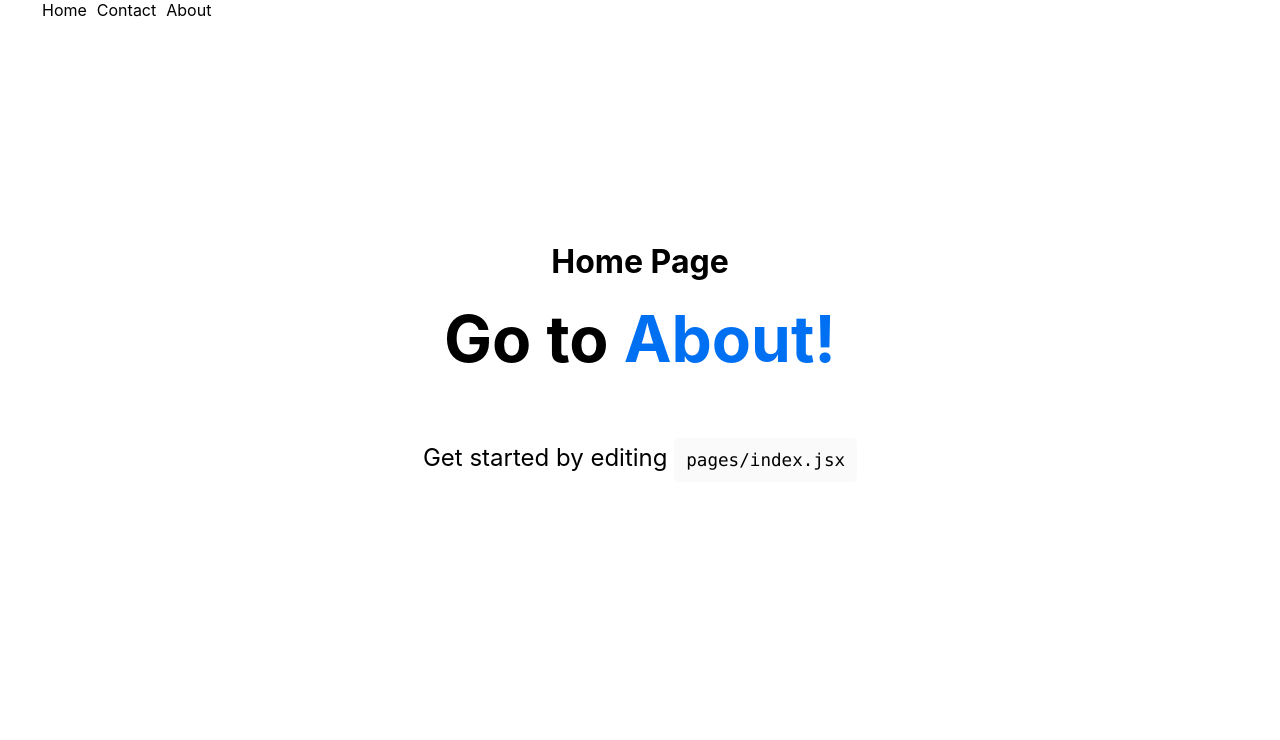
Repository: juagarc4/next-vercel-deploy
Page: /
An editor plug-in stored every save of this project. The page is shown before and after a run of saves, followed by the edit.
The browser window is 1280 px wide. The pictures show the whole page.
The project was rebuilt for these pictures with package versions that can differ from the ones it lists, and the page was loaded fresh each time. The framework's server and built-in components were replaced by stand-ins that run in the browser. Also part of the build but not shown: next.config.js.

Above is the page before, as saved 2022-04-28 20:43:48.

### pages/index.jsx
import Head from 'next/head'
import Link from 'next/link'
import { Navbar } from '../components/Navbar'
import styles from '../styles/Home.module.css'

export default function HomePage() {
  return (
    <div className={styles.container}>
      <Head>
        <title>Home - Initial App</title>
        <meta name='description' content='Home Page' />
        <link rel='icon' href='/favicon.ico' />
      </Head>
     <Navbar/>
      <main className={styles.main}>
        <h1>Home Page</h1>
        <h1 className={styles.title}>
          Go to <Link href='/about'>About!</Link>
        </h1>

        <p className={styles.description}>
          Get started by editing <code className={styles.code}>pages/index.jsx</code>
        </p>
      </main>
    </div>
  )
}

### components/Navbar.jsx
import React from 'react'
import Link from 'next/link'

import styles from './Navbar.module.css'

export const Navbar = () => {
  return (
    <nav className={styles.menu}>
      <Link href='/'>Home</Link>
      <Link href='/contact'>Contact</Link>
      <Link href='/about'>About</Link>
    </nav>
  )
}

### components/Navbar.module.css
.menu a {
  padding: 0 0 0 10px;
}

### components/ActiveLink.jsx
export const ActiveLink = () => {
  return (
    <a>Custom active link</a>
  )
}

Loaded but not shown: pages/_app.js (common file); styles/globals.css (common file); styles/Home.module.css (common file)

After the next 4 saves:
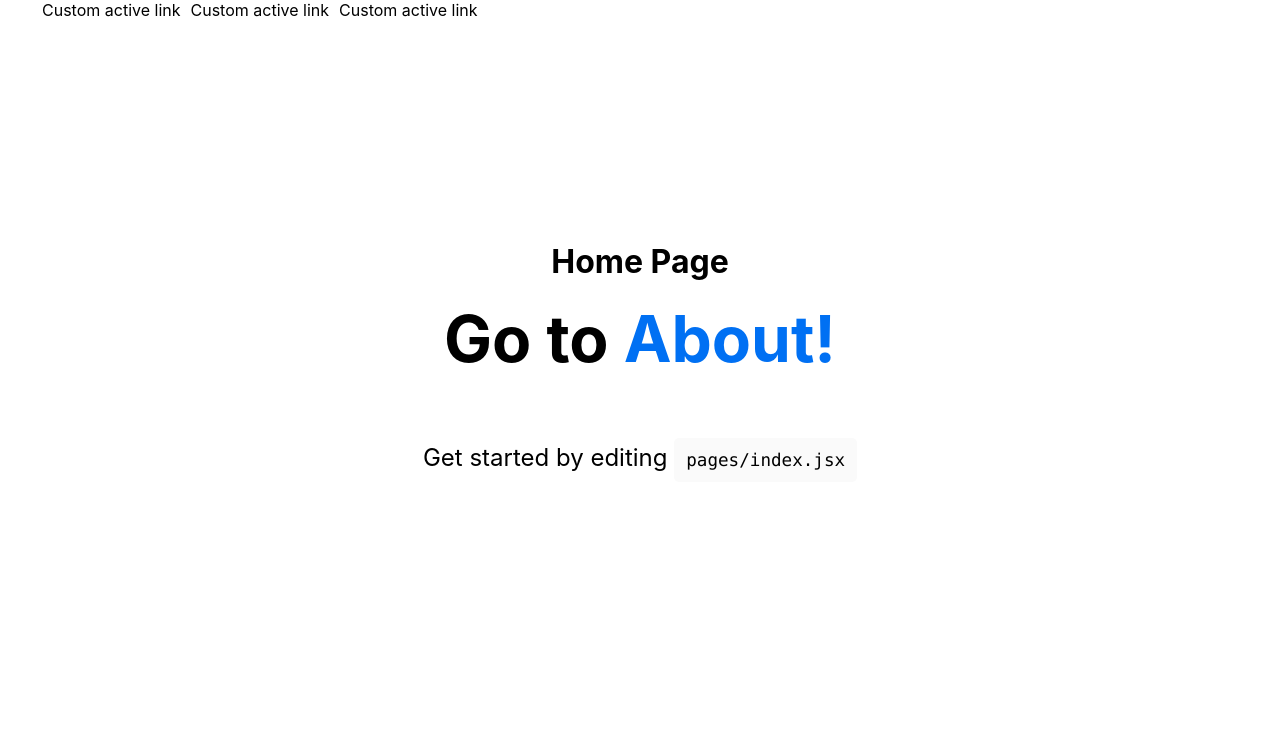
The 4 saves are shown as one change because 1 did not build or start and some came seconds apart.
The last was saved 20 s later.
--- a/components/Navbar.jsx
+++ b/components/Navbar.jsx
@@ -2,13 +2,14 @@ import React from 'react'
 import Link from 'next/link'
 
 import styles from './Navbar.module.css'
+import { ActiveLink } from './ActiveLink'
 
 export const Navbar = () => {
   return (
     <nav className={styles.menu}>
-      <Link href='/'>Home</Link>
-      <Link href='/contact'>Contact</Link>
-      <Link href='/about'>About</Link>
+      <ActiveLink href='/'>Home</ActiveLink>
+      <ActiveLink href='/contact'>Contact</ActiveLink>
+      <ActiveLink href='/about'>About</ActiveLink>
     </nav>
   )
 }
